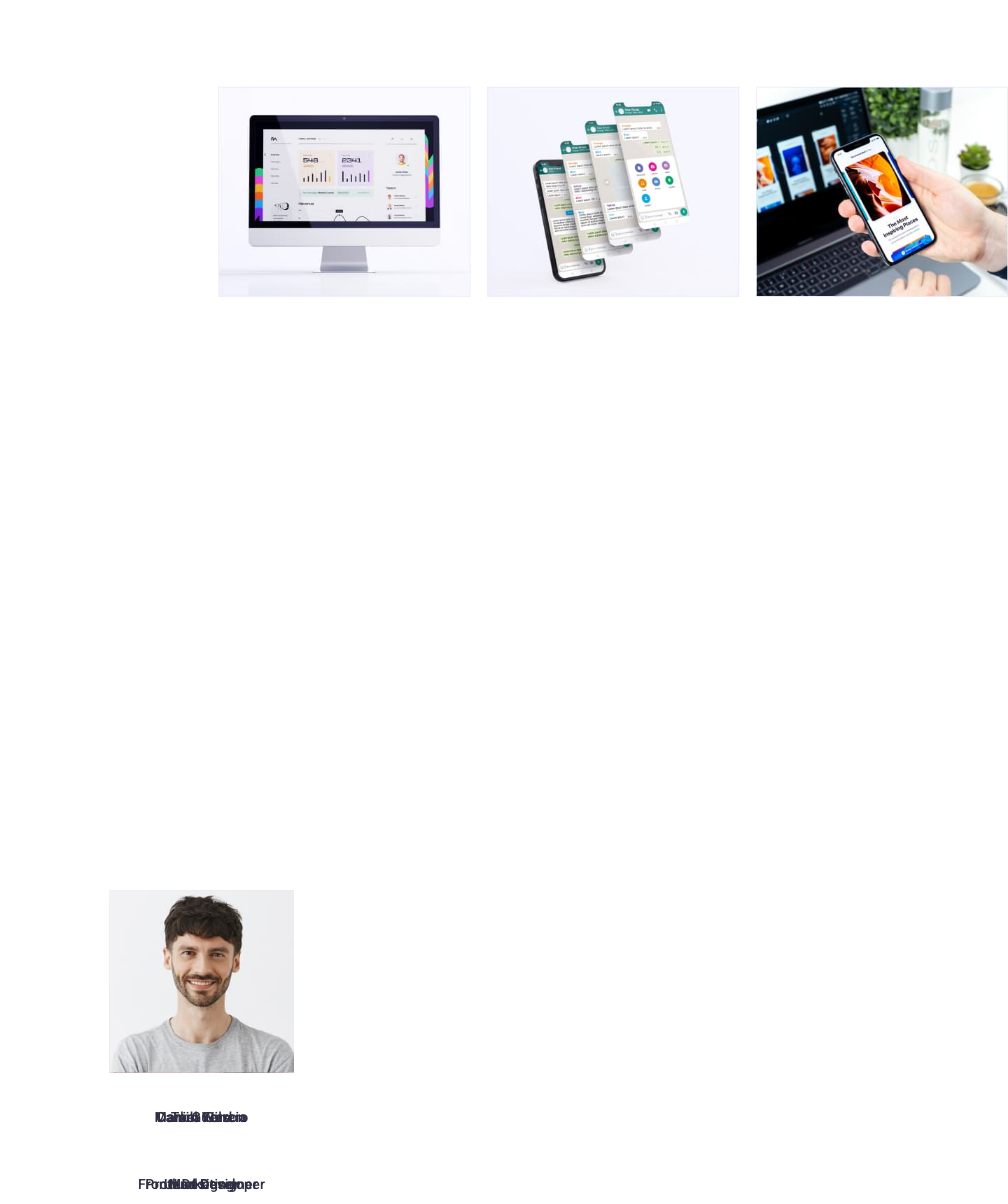
Repository: GrishchenkoNataliya/goit-markup-hw-02
Page: index.html
An editor plug-in stored every save of this project. The page is shown before and after the next save, followed by the edit.
The browser window is 1280 px wide. The page is 1440 px wide, so the pictures cover 1440 px, including what lies to the right of the window. The pictures show the part of the page from y = 2020 to 3740 px (the page is 3740 px tall), at 70% of full size.

Above is the page before, as saved 2023-03-06 19:55:43.

### index.html
<!DOCTYPE html>
<html lang="en">
  <head>
    <meta charset="UTF-8" />
    <meta http-equiv="X-UA-Compatible" content="IE=edge" />
    <meta name="viewport" content="width=device-width, initial-scale=1.0" />

    <link rel="preconnect" href="https://fonts.googleapis.com" />
    <link rel="preconnect" href="https://fonts.gstatic.com" crossorigin />
    <link
      href="https://fonts.googleapis.com/css2?family=Raleway:wght@800&family=Roboto+Mono:wght@600&family=Roboto:wght@400;500;700&display=swap"
      rel="stylesheet"
    />
    <link rel="stylesheet" href="./css/styles.css" />
    <title>homework_2</title>
  </head>
  <body class="body">
    <header class="header">
      <a class="header-logo" href="./index.html"
        >Web<span class="studio">Studio </span></a
      >
      <nav class="header-nav">
        <ul class="header-list">
          <li class="header-item">
            <a
              class="header-link"
              href=""
              target="_blank"
              rel="noopener noreferrer nofollow"
              >Studio</a
            >
          </li>
          <li class="header-item-portfolio">
            <a
              class="header-link"
              href="./portfolio/portfolio.html"
              target="_blank"
              rel="noopener noreferrer nofollow"
              >Portfolio</a
            >
          </li>
          <li class="header-item">
            <a
              class="header-link"
              href=""
              target="_blank"
              rel="noopener noreferrer nofollow"
              >Contacts</a
            >
          </li>
        </ul>
      </nav>
      <address class="address">
        <ul class="address-list">
          <li class="address-mail">
            <a href="mailto:info@devstudio.com">info@devstudio.com</a>
          </li>
          <li class="address-tel">
            <a href="tel:+110001111111">+11 (000) 111-11-11</a>
          </li>
        </ul>
      </address>
    </header>
    <main class="main">
      <section class="hero">
        <h1 class="hero-title">Effective Solutions for Your Business</h1>
        <button class="hero-btn" type="button">Order Service</button>
        <!-- Dark-bg -->
      </section>

      <section class="feature1">
        <h2 hidden>Большой заголовок</h2>
        <ul class="feature1-list">
          <li class="feature1-item">
            <h3 class="feature1-title">Strategy</h3>
            <p class="feature1-text">
              Our goal is to identify the business problem to walk away with the
              perfect and creative solution.
            </p>
          </li>
          <li class="feature1-item">
            <h3 class="feature1-title">Punctuality</h3>
            <p class="feature1-text">
              Bring the key message to the brand's audience for the best price
              within the shortest possible time.
            </p>
          </li>
          <li class="feature1-item">
            <h3 class="feature1-title">Diligence</h3>
            <p class="feature1-text">
              Research and confirm brands that present the strongest digital
              growth opportunities and minimize risk.
            </p>
          </li>
          <li class="feature1-item">
            <h3 class="feature1-title">Technologies</h3>
            <p class="feature1-text">
              Design practice focused on digital experiences. We bring forth a
              deep passion for problem-solving.
            </p>
          </li>
        </ul>
      </section>

      <section class="feature2">
        <h2 class="feature2-title">What are we doing</h2>
        <ul class="feature2-list">
          <li class="feature2-item-1">
            <img
              src="./images/pages1/Rectangle71-1.jpg"
              alt="Rectangle 71-1"
              width="360"
            />
          </li>
          <li class="feature2-item-2">
            <img
              src="./images/pages1/Rectangle71-2.jpg"
              alt="Rectangle 71-2"
              width="360"
            />
          </li>
          <li class="feature2-item-3">
            <img
              src="./images/pages1/Rectangle71-3.jpg"
              alt="Rectangle 71-3"
              width="360"
            />
          </li>
        </ul>
      </section>

      <section class="feature3">
        <h2 class="feature3-title">Our Team</h2>
        <ul class="feature3-list">
          <li class="feature3-item">
            <img
              src="./images/pages1/img1.jpg"
              alt="Mark Guerrero"
              width="264"
              height="260"
            />
            <h3 class="feature3-subtitle">Mark Guerrero</h3>
            <p class="feature3-subtitle">Product Designer</p>
          </li>
          <li class="feature3-item">
            <img src="./images/pages1/img2.jpg" alt="Tom Ford" width="264" />
            <h3 class="feature3-subtitle">Tom Ford</h3>
            <p class="feature3-subtitle">Frontend Developer</p>
          </li>
          <li class="feature3-item">
            <img
              src="./images/pages1/img3.jpg"
              alt="Camila Garcia"
              width="264"
            />
            <h3 class="feature3-subtitle">Camila Garcia</h3>
            <p class="feature3-subtitle">Marketing</p>
          </li>
          <li class="feature3-item">
            <img
              src="./images/pages1/img4.jpg"
              alt="Daniel Wilson"
              width="264"
            />
            <h3 class="feature3-subtitle">Daniel Wilson</h3>
            <p class="feature3-subtitle">UI Designer</p>
          </li>
        </ul>
      </section>
    </main>
    <footer class="footer">
      <a class="header-logo" href="./index.html"
        >Web<span class="studio">Studio </span></a
      >

      <p class="footer-text">
        Increase the flow of customers and sales for your business with digital
        marketing & growth solutions.
      </p>
      <!-- Dark-bg -->
    </footer>
  </body>
</html>

### css/styles.css
body {
  font-family: "Roboto Regular", sans-serif;
  font-family: open-;
}
/* @font-face {
  font-family: Roboto-500;
  src: url(../fonts/);
}
Підключення шрифта з папки fonts */

.header {
}

.header-logo {
  font-family: "Raleway";
  font-style: normal;
  font-weight: 800;
  font-size: 18px;
  line-height: 1.33;

  display: flex;
  align-items: center;
  letter-spacing: 0.03em;
  text-transform: uppercase;

  color: #4d5ae5;
}
.header-nav {
}

.studio {
  color: black;
}
.header-list {
  font-family: "Roboto";
  font-style: normal;
  font-weight: 500;
  font-size: 16px;
  line-height: 1.5;
  letter-spacing: 0.02em;
  color: #2e2f42;
}

.address {
}
.address-list {
  font-family: "Roboto";
  font-style: normal;
  font-weight: 400;
  font-size: 16px;
  line-height: 1.5;
  letter-spacing: 0.02em;
  color: #434455;
}
.address-mail {
}
.address-tel {
}
.main {
}
/* section hero */
.hero {
  position: absolute;
  width: 1440px;
  height: 600px;
  left: 0px;
  top: 72px;
  background: #2e2f42;
}
.hero-title {
  font-family: "Roboto";
  font-style: normal;
  font-weight: 700;
  font-size: 56px;
  line-height: 1.07;
  text-align: center;
  letter-spacing: 0.02em;
  color: #ffffff;
}
.hero-btn {
  position: absolute;
  width: 169px;
  height: 56px;
  left: 636px;
  top: 428px;
  background: #4d5ae5;
  box-shadow: 0px 4px 4px rgba(0, 0, 0, 0.15);
  border-radius: 4px;
}
/* section 1 */
.feature1 {
}
.feature1-list {
  position: absolute;
  width: 1128px;
  height: 104px;
  left: 156px;
  top: 792px;
}
.feature1-item {
  display: flex;
  flex-direction: column;
  align-items: flex-start;
  padding: 0px;
  gap: 8px;

  position: absolute;
  width: 264px;
  height: 104px;
  left: 156px;
  top: 792px;
}
.feature1-title {
  font-family: "Roboto";
  font-style: normal;
  font-weight: 500;
  font-size: 20px;
  line-height: 1.2;
  letter-spacing: 0.02em;
  color: #2e2f42;
}
.feature1-text {
  font-family: "Roboto";
  font-style: normal;
  font-weight: 400;
  font-size: 16px;
  line-height: 1.5;
  letter-spacing: 0.02em;
  color: #434455;
}
/* section 2 */
.feature2 {
  position: absolute;
  width: 1128px;
  height: 412px;
  left: 156px;
  top: 1016px;
}
.feature2-title {
  font-family: "Roboto";
  font-style: normal;
  font-weight: 700;
  font-size: 36px;
  line-height: 1.1;
  text-align: center;
  letter-spacing: 0.02em;
  text-transform: capitalize;
  color: #2e2f42;
}
.feature2-list {
}
.feature2-item-1 {
  display: flex;
  flex-direction: column;
  align-items: flex-start;
  padding: 0px;

  position: absolute;
  width: 360px;
  height: 300px;
  left: 156px;
  top: 1128px;
}
.feature2-item-2 {
  display: flex;
  flex-direction: column;
  align-items: flex-start;
  padding: 0px;

  position: absolute;
  width: 360px;
  height: 300px;
  left: 540px;
  top: 1128px;
}
.feature2-item-3 {
  display: flex;
  flex-direction: column;
  align-items: flex-start;
  padding: 0px;

  position: absolute;
  width: 360px;
  height: 300px;
  left: 924px;
  top: 1128px;
}
/* section 3 */
.feature3 {
  position: absolute;
  width: 1440px;
  height: 732px;
  left: 0px;
  top: 1548px;
}
.feature3-title {
  font-family: "Roboto";
  font-style: normal;
  font-weight: 700;
  font-size: 36px;
  line-height: 1.1;
  text-align: center;
  letter-spacing: 0.02em;
  text-transform: capitalize;
  color: #2e2f42;
}
.feature3-list {
}
.feature3-item {
  display: flex;
  flex-direction: column;
  justify-content: center;
  align-items: center;
  padding: 0px 0px 32px;
  gap: 32px;

  position: absolute;
  width: 264px;
  height: 380px;
  left: 156px;
  top: 1780px;
}
.feature3-subtitle {
  font-family: "Roboto";
  font-style: normal;
  font-weight: 500;
  font-size: 20px;
  line-height: 1.2;
  text-align: center;
  letter-spacing: 0.02em;
  color: #2e2f42;
}
.feature3-subtitle {
}
.footer {
}
.footer-text {
}

After the next save:
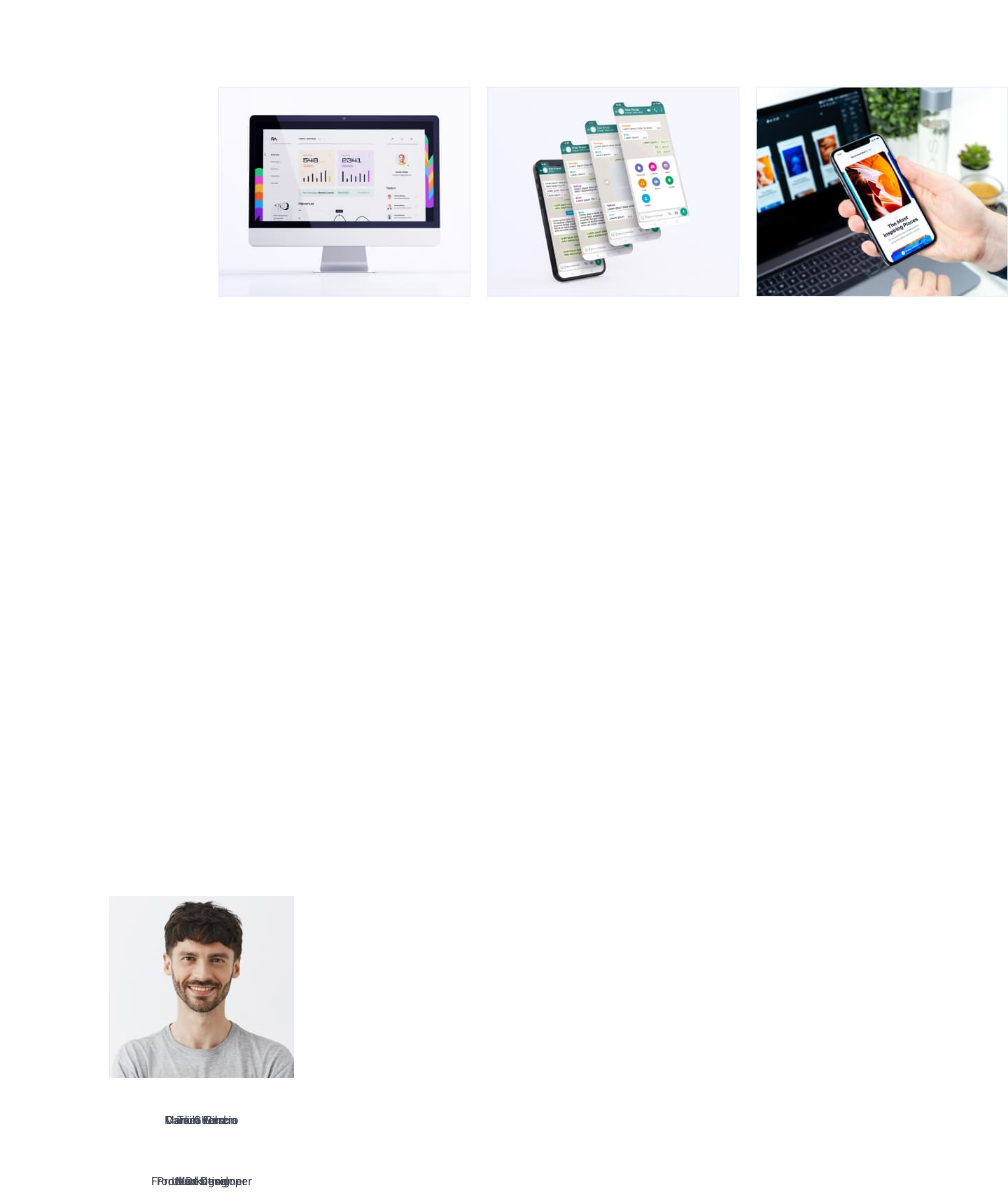
Saved 31 s later.
--- a/css/styles.css
+++ b/css/styles.css
@@ -231,6 +231,14 @@ body {
   color: #2e2f42;
 }
 .feature3-subtitle {
+  font-family: "Roboto";
+  font-style: normal;
+  font-weight: 400;
+  font-size: 16px;
+  line-height: 24px;
+  text-align: center;
+  letter-spacing: 0.02em;
+  color: #434455;
 }
 .footer {
 }
